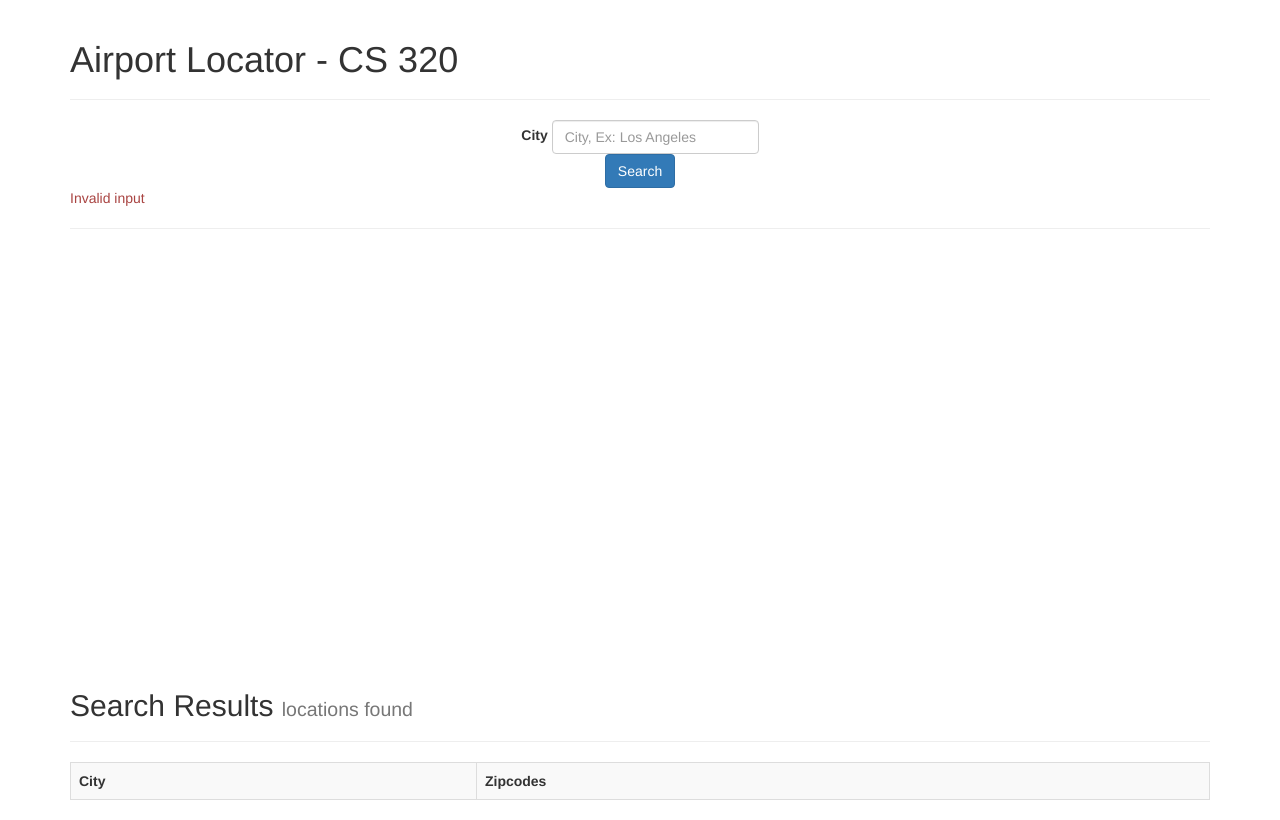
Repository: JamesPatel37/Java-Development-II-III
Page: http://localhost/CS320/ALView.jsp
These files come from the project's save history. The page is drawn as it stood at one moment and after the next save; the edit follows.
The browser window is 1280 px wide. The pictures show the whole page.
The page is served by Tomcat 9. The template is opened directly, without the code that normally fills it, so the values that code supplies are empty.

Above is the page before, as saved 2015-06-14 20:40:00.

After the next save:
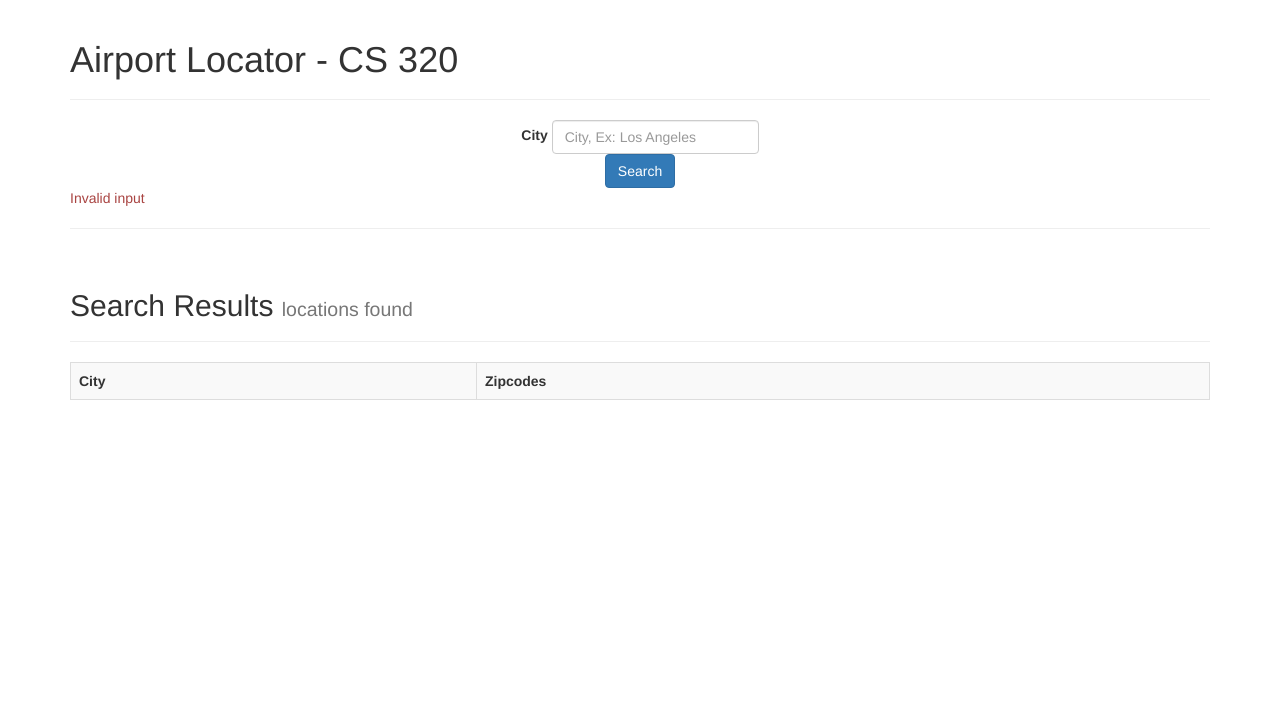
Saved 35 s later.
--- a/Workspace/CS320/WebContent/ALView.jsp
+++ b/Workspace/CS320/WebContent/ALView.jsp
@@ -59,7 +59,7 @@
 
 		<p class="lead text-center" id="announcement"></p>
 
-		<div id="googleMap"></div>
+		<!-- div id="googleMap"></div-->
 
 		<div class="row">
 			<div class="col-xs-12">
